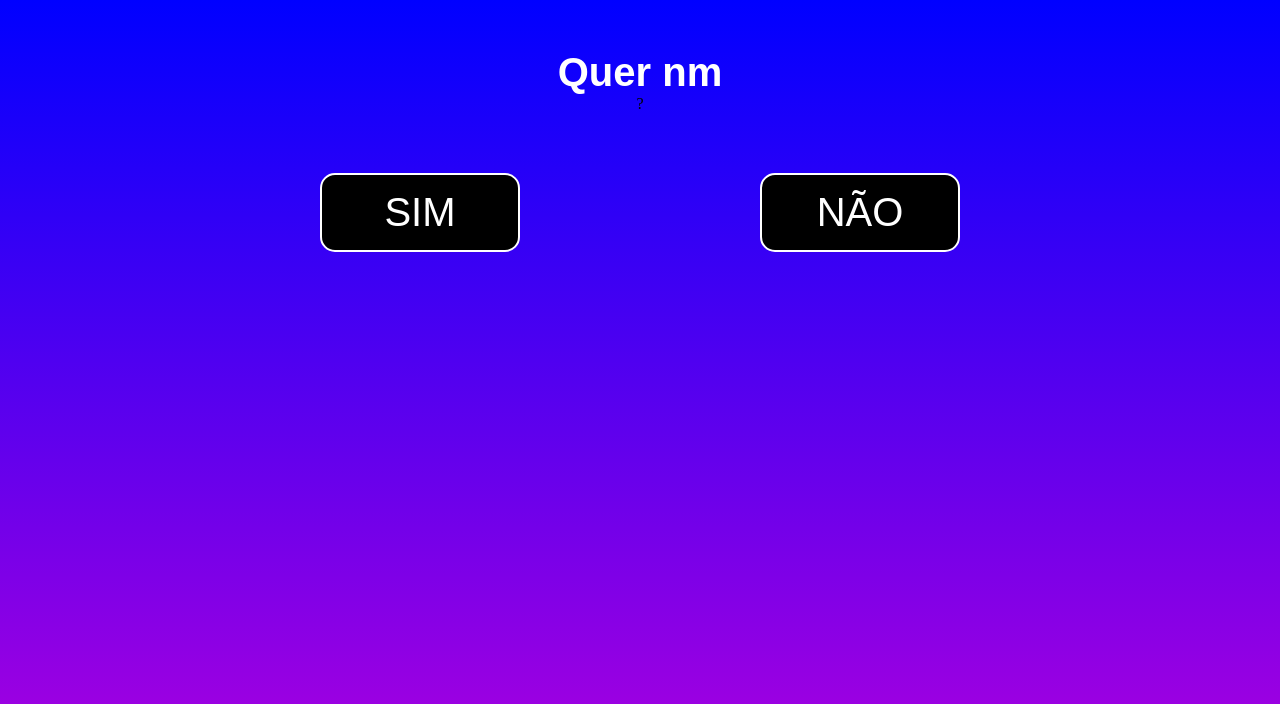
Repository: Matheus904-12/Namorar-
Page: index.html
An editor plug-in stored every save of this project. The page is shown before and after a run of saves, followed by the edit.
The browser window is 1280 px wide. The pictures show the whole page.

Above is the page before, as saved 2023-08-28 23:22:22.

### index.html
<!DOCTYPE html>
<html lang="en">

<head>
    <meta charset="UTF-8">
    <meta name="viewport" content="width=device-width, initial-scale=1.0">
    <title>Sim</title>

    <style>
        * {
            margin: 0;
            border: 0;
            padding: 0;
            box-sizing: border-box;
        }

        body {
            background: linear-gradient(blue, rgb(158, 0, 225));
            background-repeat: no-repeat;
            background-attachment: fixed;
        }

        .btn {
            color: #fff;
            background-color: #000;
            font: 300 40px 'Poppins', sans-serif;
            padding: 15px 30px;

            width: 200px;
            border-radius: 15px;
            border: 2px solid #fff;
            margin: 10px;

            cursor: pointer;
            transition: ease-in-out 0.3s;

            display: flex;
            align-items: center;
            justify-content: center;
        }

        .tituloPrincipal {
            font: 700 40px 'Poppins', sans-serif;
            color: #fff;
        }

        .titulo {
            text-align: center;
            margin: 50px 0;
        }

        .botoes {
            display: flex;
            justify-content: space-around;
            margin: 0 200px;
        }

        @media screen and (max-width: 768px) {
            .btn {
                display: flex;
                width: 100px;
                font: 300 30px 'Poppins', sans-serif;
            }

            .botoes {
                display: flex;
            }
        }
    </style>
    <script>
        function sim() {
            location.href = 'https://www.youtube.com/watch?v=2naK-o4XzXM';
        }

        function esquivo(btn) {
            btn.style.position = 'absolute';
            btn.style.bottom = posicao(10, 80);
            btn.style.left = posicao(10, 80);
        }

        function posicao(min, max) {
            return (Math.random() * (max - min + min)) + "%"
        }
    </script>
</head>

<body>
    <div class="titulo">
        <h1 class="tituloPrincipal">Quer nm</h1>?</h1>
    </div>

    <div class="botoes">
        <div class="botaoS">
            <button class="btn" onclick="sim()">SIM</button>
        </div>
        <div class="botaoN">
            <button class="btn" onclick="esquivo(this)" onmouseover="esquivo(this)">NÃO</button>
        </div>
    </div>

</body>

</html>

After the next 2 saves:
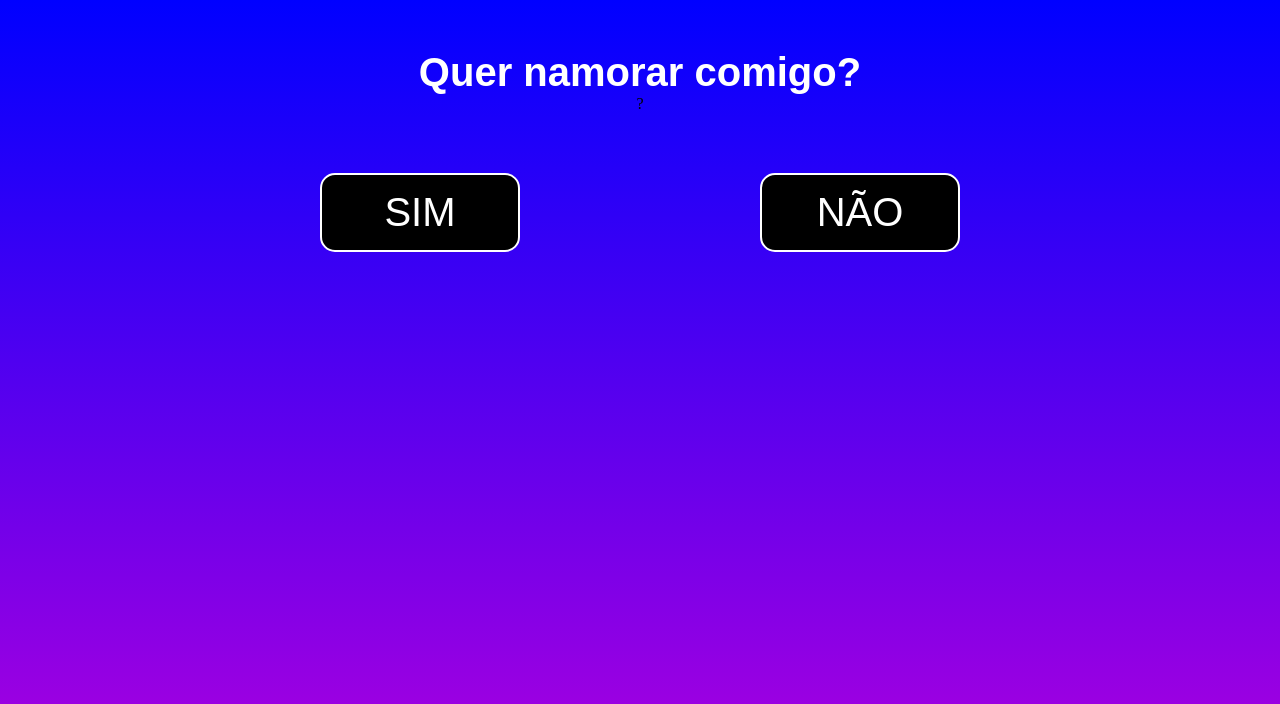
The 2 saves are shown as one change because they came seconds apart.
The last was saved 10 s later.
--- a/index.html
+++ b/index.html
@@ -86,7 +86,7 @@
 
 <body>
     <div class="titulo">
-        <h1 class="tituloPrincipal">Quer nm</h1>?</h1>
+        <h1 class="tituloPrincipal">Quer namorar comigo?</h1>?</h1>
     </div>
 
     <div class="botoes">
